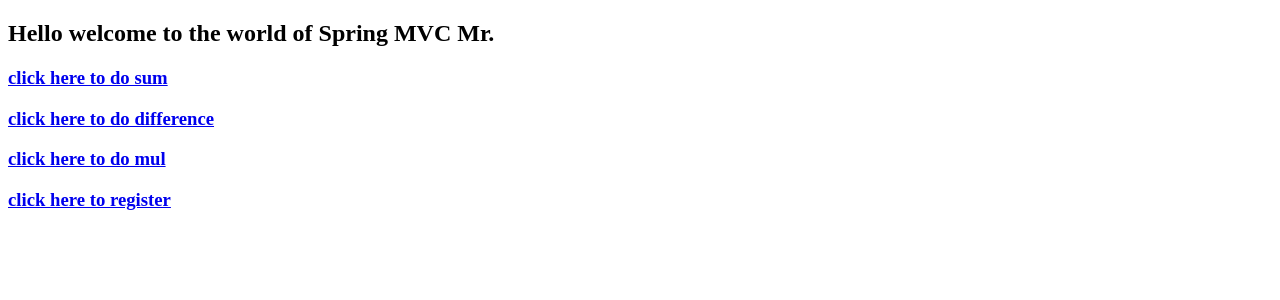
Repository: BharathiGongati/SEHE5Hibernate
Page: http://localhost/MVCProject/home.jsp
These files come from the project's save history. The page is drawn as it stood at one moment and after the next save; the edit follows.
The browser window is 1280 px wide. The pictures show the whole page.
The page is served by Tomcat 9.

Above is the page before, as saved 2023-07-13 17:04:12.

After the next save:
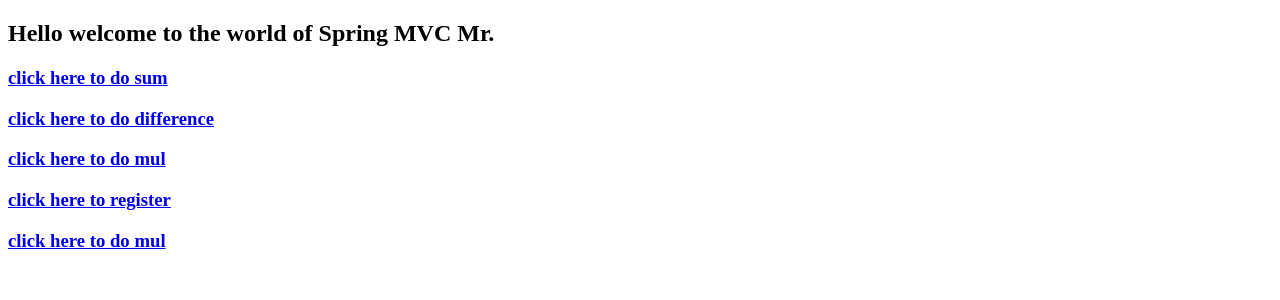
Saved 34 s later.
--- a/SEHE7/MVCProject/src/main/webapp/home.jsp
+++ b/SEHE7/MVCProject/src/main/webapp/home.jsp
@@ -20,6 +20,9 @@
 	<h3>
 		<a href="register.jsp"> click here to register</a>
 	</h3>
+	<h3>
+		<a href="div.jsp"> click here to do mul</a>
+	</h3>
 
 </body>
 </html>
